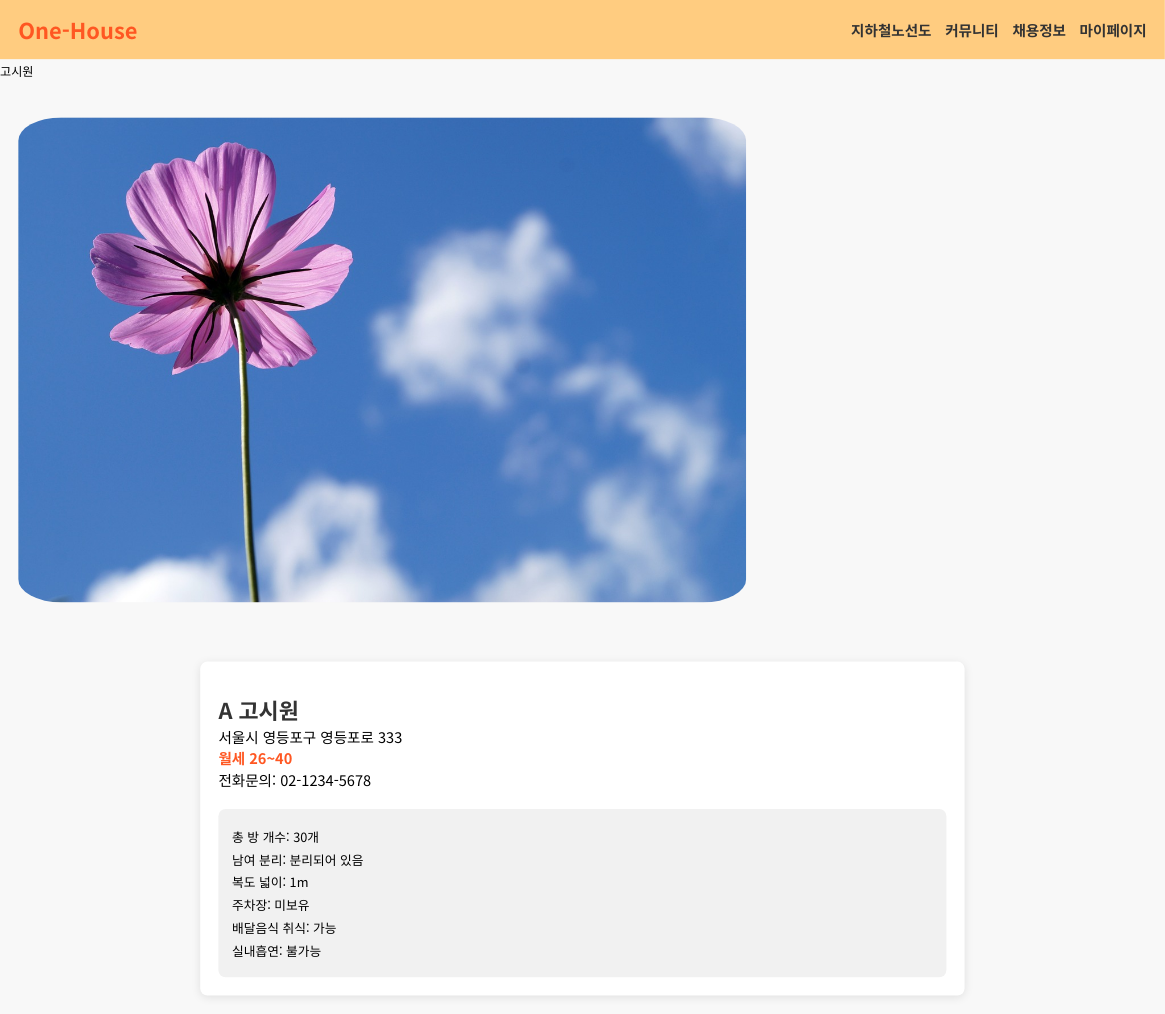
Repository: nayeon-3/one_house
Page: one_house/public/sample/page1.html
These files come from the project's save history. The page is drawn as it stood at one moment and after the next save; the edit follows.
The browser window is 1280 px wide. The pictures show the whole page, at 91% of full size.

Above is the page before, as saved 2025-02-12 05:26:01.

### one_house/public/sample/page1.html
<!DOCTYPE html>
<html lang="ko">
<head>
    <meta charset="UTF-8">
    <meta name="viewport" content="width=device-width, initial-scale=1.0">
    <title>One-House</title>
    <link rel="stylesheet" href="page1.css">
</head>
<body class="body">
    <header>
        <div class="logo">One-House</div>
        <nav>
            <ul>
                <li><a href="#">지하철노선도</a></li>
                <li><a href="#">커뮤니티</a></li>
                <li><a href="#">채용정보</a></li>
                <li><a href="#">마이페이지</a></li>
            </ul>
        </nav>
    </header>

    <main>
        <div class="image_box">
           <small>고시원<br><img src="../img/flower.jpg" alt="고시원 이미지"></small>
        </div>
        <div class="container">
            <div class="info-box">
                <h2>A 고시원</h2>
                <p>서울시 영등포구 영등포로 333</p>
                <p class="price">월세 26~40</p>
                <p><span class="label">전화문의:</span> 02-1234-5678</p>
            </div>
            <div class="details">
                <p>총 방 개수: 30개</p>
                <p>남여 분리: 분리되어 있음</p>
                <p>복도 넓이: 1m</p>
                <p>주차장: 미보유</p>
                <p>배달음식 취식: 가능</p>
                <p>실내흡연: 불가능</p>
            </div>
        </div>
    </main>

    <script src="page1.js"></script>
</body>
</html>

### one_house/public/sample/page1.css
/*
	<weight>: Use a value from 100 to 900
	<uniquifier>: Use a unique and descriptive class name
*/
@import url('https://fonts.googleapis.com/css2?family=Noto+Sans+KR:wght@100..900&display=swap');
*{
	margin: 0;
	padding: 0;
	font-family: "Noto Sans KR", "Helvetica Neue", Helvetica, Arial, sans-serif;
	font-optical-sizing: auto;
    font-style: normal;
}
/* 기본 스타일 */
body {
    background-color: #f8f8f8;
}

/* 헤더 스타일 */
header {
    display: flex;
    justify-content: space-between;
    align-items: center;
    padding: 15px 20px;
    background-color: #ffcc80;
}

.logo {
    font-size: 24px;
    font-weight: bold;
    color: #ff5722;
}

nav ul {
    list-style: none;
    display: flex;
    gap: 15px;
}

nav ul li {
    display: inline;
}

nav ul li a {
    text-decoration: none;
    color: #333;
    font-weight: bold;
}

/* 컨테이너 스타일 */
.container {
    max-width: 800px;
    margin: 20px auto;
    background: white;
    padding: 20px;
    border-radius: 8px;
    box-shadow: 0 2px 10px rgba(0, 0, 0, 0.1);
}

/* 이미지 박스 */
.image-box {
    max-width: 800px;
    margin: 20px auto;
    padding: 20px;
    overflow: hidden;

}

img {
   	max-width: 800px;
    margin: 20px auto;
    border-radius: 8%;
    padding: 20px;
}

/* 정보 박스 */
.info-box {
    margin-top: 15px;
}

.info-box h2 {
    color: #333;
}

.info-box .price {
    color: #ff5722;
    font-weight: bold;
}

/* 상세 정보 스타일 */
.details {
    margin-top: 20px;
    background: #f1f1f1;
    padding: 15px;
    border-radius: 8px;
}

.details p {
    margin: 5px 0;
    font-size: 14px;
}

### one_house/public/sample/page1.js
	document.addEventListener("DOMContentLoaded", function () {
    	const priceElement = document.querySelector(".price");

    // 가격 정보를 클릭하면 알림창이 뜨는 기능 추가
    if (priceElement) {
        priceElement.addEventListener("click", function () {
            alert("월세 범위는 26~40만원입니다.");
        });
    }

    // 네비게이션 메뉴 호버 효과 추가
    const navLinks = document.querySelectorAll("nav ul li a");
    navLinks.forEach(link => {
        link.addEventListener("mouseenter", function () {
            this.style.color = "#ff5722";
        });
        link.addEventListener("mouseleave", function () {
            this.style.color = "#333";
        });
    });
});

After the next save:
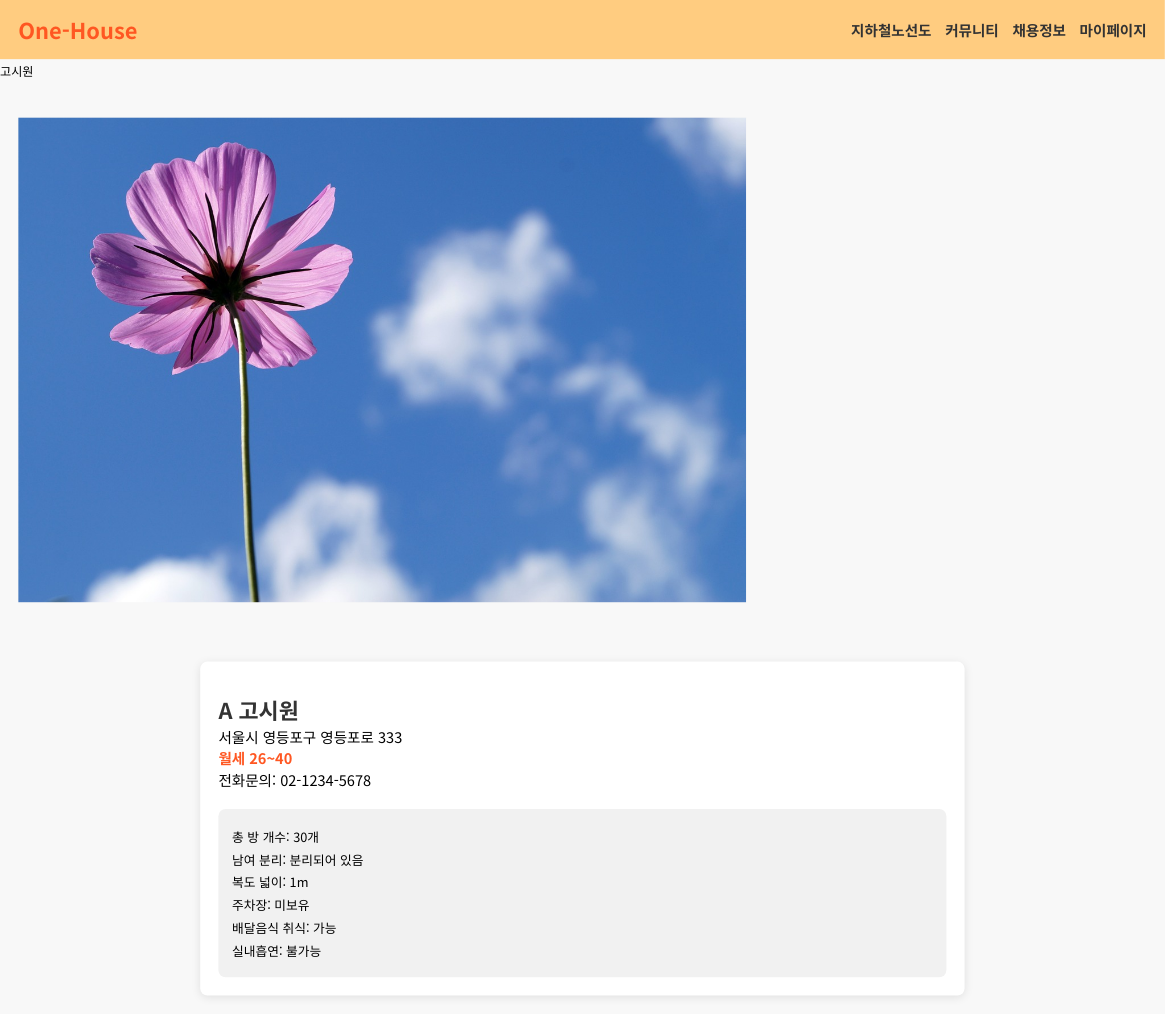
Saved 26 s later.
--- a/one_house/public/sample/page1.css
+++ b/one_house/public/sample/page1.css
@@ -68,7 +68,7 @@
 img {
    	max-width: 800px;
     margin: 20px auto;
-    border-radius: 8%;
+    border-radius: 3px;
     padding: 20px;
 }
 

After the save that followed:
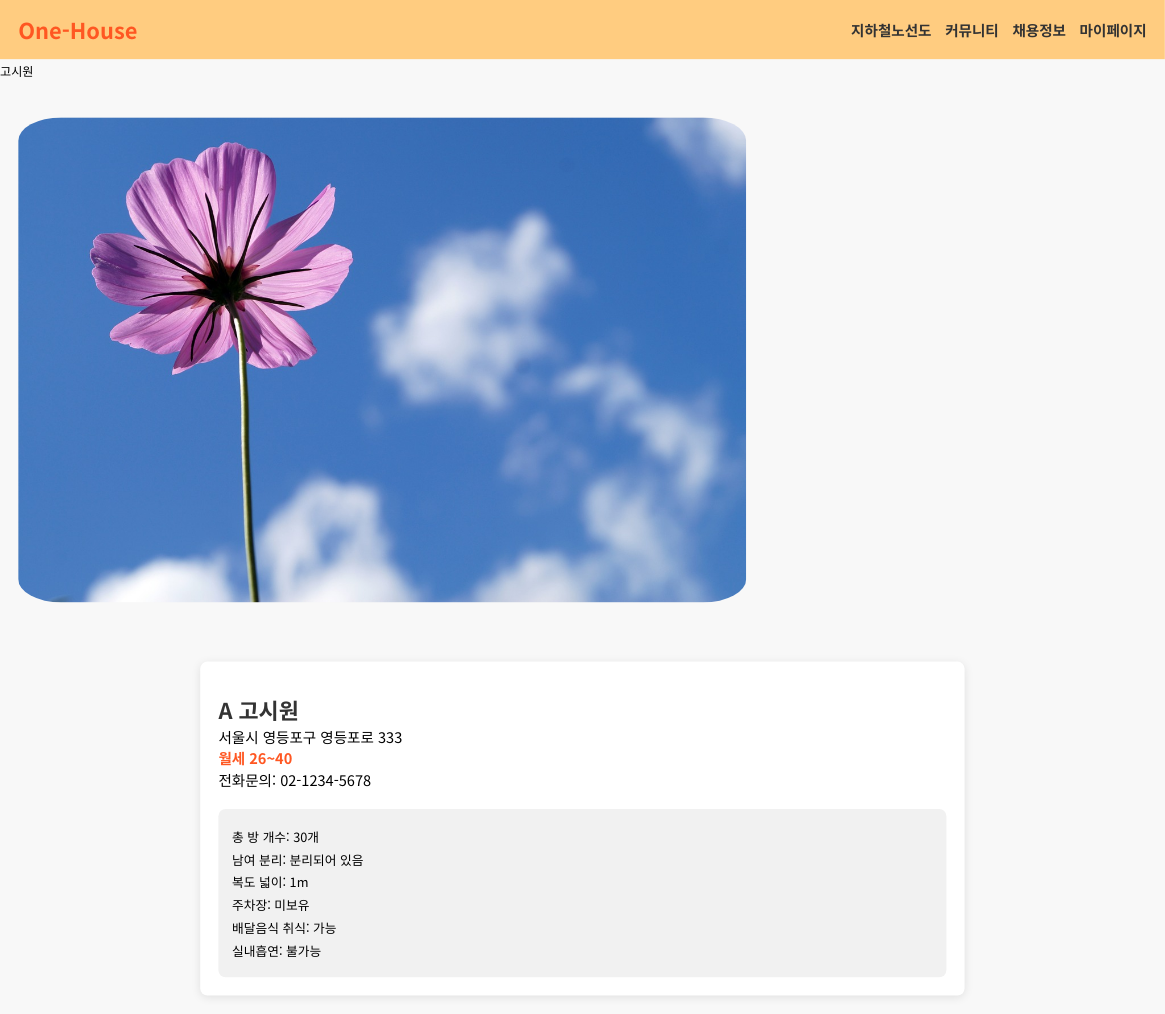
Saved 57 s later.
--- a/one_house/public/sample/page1.css
+++ b/one_house/public/sample/page1.css
@@ -68,7 +68,7 @@
 img {
    	max-width: 800px;
     margin: 20px auto;
-    border-radius: 3px;
+    border-radius: 8%;
     padding: 20px;
 }
 
